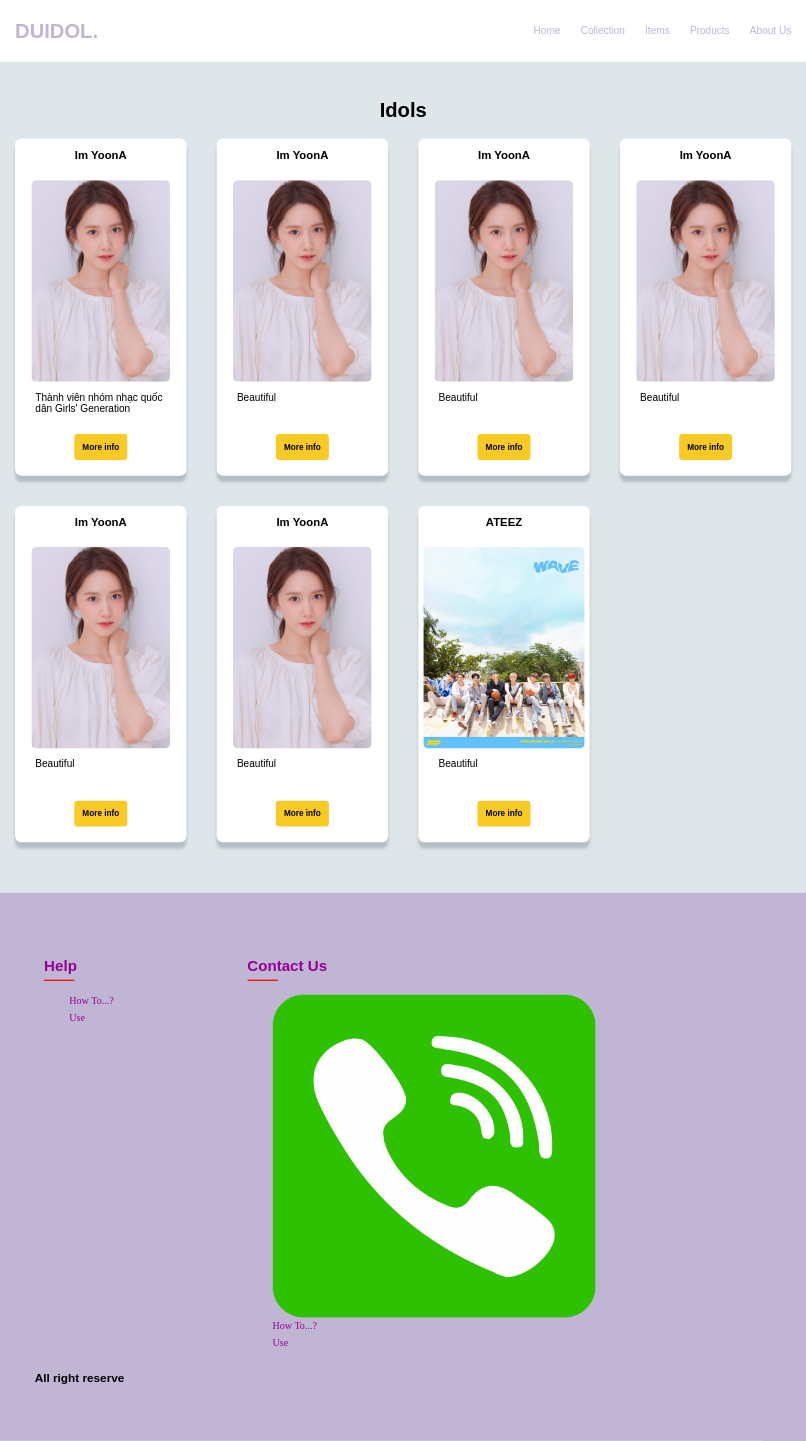
Repository: hangvtt183524/Cong_nghe_Web_va_dich_vu_truc_tuyen_20202
Page: ProjectWeb/src/View/html/idol_list.html
These files come from the project's save history. The page is drawn as it stood at one moment and after the next save; the edit follows.
The browser window is 1280 px wide. The pictures show the whole page, at 63% of full size.

Above is the page before, as saved 2021-05-06 15:03:10.

### ProjectWeb/src/View/html/idol_list.html
<html>
	<head>
		<title>Idol List</title>
		<link rel="stylesheet" href="../css/idol_list.css">
		<link rel="stylesheet" href="../css/welcome_page.css">
	</head>
	<body>
		<header>
			<a href="" class="logo">DUIDOL.</a>
            <ul class="navigation">
                <li><a href="">Home</a></li>
                <li><a href="">Collection</a></li>
                <li><a href="">Items</a></li>
                <li><a href="">Products</a></li>
                <li><a href="">About Us</a></li>
            </ul>
		</header>
		<section class="idol-list">
			<div>
				<h1 class="align-center">Idols</h1>
			</div>
			<div class="idol-container">
				<div class="card">
					<div class="name">Im YoonA</div>
					<div class="image">
						<img src="../image/yoona.jpg">
					</div>
					<div class="textblock">
					<div class="text">Thành viên nhóm nhạc quốc dân Girls' Generation</div>
					</div>
					<div>
						<div class="btnblock">
						<a href="../html/info.html" class="info-button">More info</a>
						</div>
					</div>
				</div>



				<div class="card">
					<div class="name">Im YoonA</div>
					<div class="image">
						<img src="../image/yoona.jpg">
					</div>
					<div class="textblock">
					<div class="text">Beautiful</div>
					</div>

					<div>
						<div class="btnblock">
						<a href="../html/info.html" class="info-button">More info</a>
						</div>
					</div>
				</div>



				<div class="card">
					<div class="name">Im YoonA</div>
					<div class="image">
						<img src="../image/yoona.jpg">
					</div>
					<div class="textblock">
					<div class="text">Beautiful</div>
					</div>
					<div>
						<div class="btnblock">
						<a href="../html/info.html" class="info-button">More info</a>
						</div>
					</div>
				</div>

				<div class="card">
					<div class="name">Im YoonA</div>
					<div class="image">
						<img src="../image/yoona.jpg">
					</div>
					<div class="textblock">
					<div class="text">Beautiful</div>
					</div>
					<div>
						<div class="btnblock">
						<a href="../html/info.html" class="info-button">More info</a>
						</div>
					</div>
				</div>

				<div class="card">
					<div class="name">Im YoonA</div>
					<div class="image">
						<img src="../image/yoona.jpg">
					</div>
					<div class="textblock">
					<div class="text">Beautiful</div>
					</div>
					<div>
						<div class="btnblock">
						<a href="../html/info.html" class="info-button">More info</a>
						</div>
					</div>
				</div>

				<div class="card">
					<div class="name">Im YoonA</div>
					<div class="image">
						<img src="../image/yoona.jpg">
					</div>
					<div class="textblock">
					<div class="text">Beautiful</div>
					</div>
					<div>
						<div class="btnblock">
						<a href="../html/info.html" class="info-button">More info</a>
						</div>
					</div>
				</div>

				<div class="card">
					<div class="name">ATEEZ</div>
					<div class="image">
						<img src="../image/ateez-list.jpg">
					</div>
					<div class="textblock">
					<div class="text">Beautiful</div>
					</div>
					<div>
						<div class="btnblock">
						<a href="../html/info.html" class="info-button">More info</a>
						</div>
					</div>
				</div>

			</div>
		</section>
		<footer>
			<div class="container">
				<div class="row">
					<div class="footer-col">
						<h4>Help</h4>
						<ul>
							<li><a href="">How to...?</a>
							<li><a href="">Use</a>
						</ul>
					</div>
					<div class="footer-col">
						<h4>Contact us</h4>
						<ul>
							<li><img src="../image/phone_icon.png">
							<li><a href="">How to...?</a>
							<li><a href="">Use</a>
						</ul>
					</div>
				</div>
				<h3>All right reserve</h3>
			</div>
		</footer>

	</body>
</html>

### ProjectWeb/src/View/css/idol_list.css
body {
    font-family: sans-serif;
    margin: 0;
}

.idol-list {
	background-color:#dfe6e9;
	padding-bottom: 5em;
    align-items: center;
    padding-top: 2em;
}

h1 {
	font-size: 2em;
	font-weight: bold;
}
.idol-list .card {
	background-color: white;
	width: 16em;

	margin: auto;
	border-radius: 10px;
	padding: 1em;
	box-shadow: 0px 10px 5px #b2bec3;
	text-align: center;
	font-family: sans-serif;
	max-width: 75%;
	padding-bottom: 30px;
}
.idol-list .card:hover {
	box-shadow: 15px 15px 15px #b2bec3;
	background: #FFEAFF;
}
.card .name {
	font-size: 18px;
	font-weight: bold;
	padding-bottom: 0.7em;
}

.card .image {
	margin-top: 1em;
	width: 100%;
    height: 20em;
    position: relative;
}
.card .image img {
	max-height: 100%;
	border-radius: 0.5em;
	object-fit: cover;
	position: absolute;
	top: 50%;
    transform: translate(-50%, -50%);
}

.card .textblock {
	height: 4em;
	margin-left: 1em;
	margin-right: 1em;
	margin-top: 1em;
	margin-bottom: 0.5em;
}

.card .textblock .text {
	text-align: left;
	font-size: 1rem;
}

.card .btnblock {
	margin-top: 1em;
	margin-bottom: 0.5em;
}

.info-button {
	background-color: #f9ca24;
	color: black;
	border: none;
	padding: 1em;
	border-radius: 5px;
	font-weight: bold;
	font-size: 13px;
	text-decoration: none;
}

.info-button:hover {
	box-shadow: 0px 5px 5px #b2bec3;
	color: #eb4db4;
}

.idol-container {
	display: grid;
	grid-template-columns: repeat(4, 1fr);
	grid-row-gap: 3em;
}

.align-center {
	text-align: center;
}

footer {
	background-color: #c0b5d3;
	padding: 70px 0;
}

footer .container {
	max-width: 1170px;
	margin: auto;
}

.footer-col {
	width: 25%;
	padding: 0 15px;
}
.footer-col h4 {
	font-size: 1.5em;
	color: #950096;
	text-transform: capitalize;
	position: relative;

}

.footer-col h4::before {
	content: '';
	position: absolute;
	left: 0;
	bottom: -10px;
	height: 2px;
	background-color: red;
	box-sizing: border-box;
	width: 2em;
}
.footer-col ul li a {
	color: #950096;
	text-transform: capitalize;
	text-decoration: none;
	font-family: Poppins;

	font-size: 1em;
	margin-bottom: 10px;
	display: block;
}

.footer-col ul li a:hover {
	color: white;
	padding-left: 10px;


	}

.footer img {
	border-radius: 2em;
	max-height: 1em;
}

ul {
	list-style: none;
}

footer .container .h3 {
	color: white;
}

.container .row {
	display: flex;
	flex-wrap: wrap;
}

@media only screen and (max-width: 991px){
	.idol-container {
		grid-template-columns: 1fr;
	}
	.card {
        width: 25em;
    }
    .album .image {
        height: 25em;
    }
}

### ProjectWeb/src/View/css/welcome_page.css

body {
    margin: 0;
    font-family: sans-serif;
}
.bg {
    display: grid;
    grid-template-columns: 2fr 1fr;
    background-color: #c0b5d3;
}
.bg2 img {
    width: 100%;
}
.bg1 {
    display: flex;
    justify-content: center;
    align-items: center;
}
.bg1-1 h2 {
    font-size: 5rem;
    line-height: 0.1em;
    font-family: sans-serif;
    color: white;
    position: relative;
    z-index: 1;
}
.bg1-1 h2::before {
    content: ' ';
    position: absolute;
    width: 2.5em;
    height: 0.25em;
    background: #ab91d8;
    bottom: -35;
    z-index: -1;
    margin-left: -0.9em;
}
.bg1-1 p {
    font-size: 3rem;
    color: white;
    position: relative;
    z-index: 1;
}
.bg1-1 p::before {
    content: ' ';
    position: absolute;
    width: 2.5em;
    height: 0.3em;
    background: #ab91d8;
    bottom: 0;
    z-index: -1;
    margin-left: 10em;
}
.bg1-1 p span {
    font-size: 1.5rem;
    display: block;
    font-weight: 500;
}
header {
    background-color: white;
    padding: 1.5em;
    display: flex;
    justify-content: space-between;
    align-items: center;
}
.logo {
    font-weight: bold;
    text-decoration: none;
    font-size: 2em;
    color: #c0b5d3;
}
.navigation {
    display: flex;
    position: relative;
}
.navigation li {
    list-style: none;
    margin-left: 2em;
}
.navigation li a {
    text-decoration: none;
    font-size: 1em;
    color: #c0b5d3;
}

After the next save:
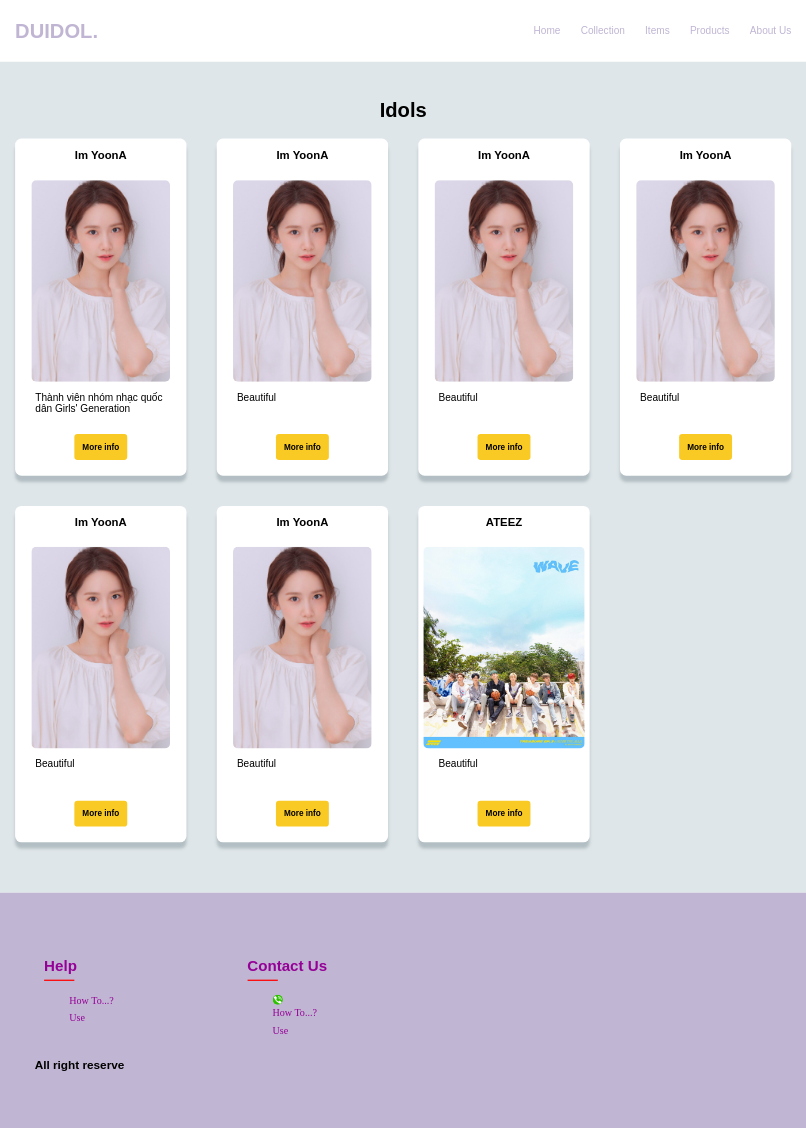
Saved 15 s later.
--- a/ProjectWeb/src/View/css/idol_list.css
+++ b/ProjectWeb/src/View/css/idol_list.css
@@ -146,7 +146,7 @@
 
 	}
 
-.footer img {
+.footer-col img {
 	border-radius: 2em;
 	max-height: 1em;
 }
